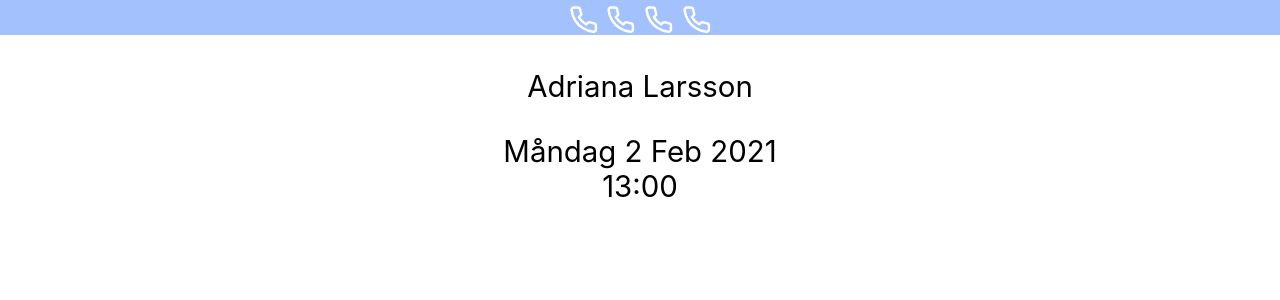
Repository: AdrianaLarsson/learning-react-adriana
Page: /
The author's editor kept a copy of each file at every save. The page is drawn from the files as they stood at one save, then again after a run of saves.
The browser window is 1280 px wide. The pictures show the whole page.
The project was rebuilt for these pictures with package versions that can differ from the ones it lists, and the page was loaded fresh each time. Also part of the build but not shown: src/components/pixiLearn/pixi-learning.js, src/components/pixiLearn/reactTimline/timelinegant.js.

Above is the page before, as saved 2021-02-17 13:24:23.

### src/App.js
import './App.css';
import PixiLearning from './components/pixiLearn/pixi-learning'
import TimeLineGant from './components/pixiLearn/reactTimline/timelinegant'
import SjWaypoint from './components/pixiLearn/waypoint-mobile/sjwaypiont'

function App() {
  return (
    <div className="App">
      <header className="App-header">
       {/*  <TimeLineGant/> */}

           {/*   <PixiLearning/> */}
           <SjWaypoint/>
      </header>
    </div>
  );
}

export default App;

### src/App.css
.App {
  text-align: center;
}

.navbar {
  background-color: #a2c1fd;
  height: 30px;
  padding-top: 5px;
  display: flex;
  flex-direction: column;
  align-items: center;
  font-size: calc(15px + 2vmin);
  color: white;
}
.box{
  background-color: #ffffff;
  height: 30px;
  padding-top: 5px;
  display: flex;
  flex-direction: column;
  align-items: center;
  font-size: calc(15px + 2vmin);
  color: rgb(0, 0, 0);

}

/* .App {
  text-align: center;
}

.App-logo {
  height: 40vmin;
  pointer-events: none;
}

@media (prefers-reduced-motion: no-preference) {
  .App-logo {
    animation: App-logo-spin infinite 20s linear;
  }
}

.App-header {
  background-color: #282c34;
  min-height: 100vh;
  display: flex;
  flex-direction: column;
  align-items: center;
  justify-content: center;
  font-size: calc(10px + 2vmin);
  color: white;
}

.App-link {
  color: #61dafb;
}

@keyframes App-logo-spin {
  from {
    transform: rotate(0deg);
  }
  to {
    transform: rotate(360deg);
  }
}
 */

### src/components/pixiLearn/waypoint-mobile/sjwaypiont.js
import React from 'react'
import Navbaren from './navbaren'
import BoxNameDayTime from './box-name-day-time'

function sjwaypiont() {
    return (
        <div>
          <Navbaren/>
            <BoxNameDayTime/>
        </div>
    )
}

export default sjwaypiont

### src/components/pixiLearn/waypoint-mobile/navbaren.js
import React from 'react'
import { FiPhone } from "react-icons/fi";


function navbaren() {
    return (
      <div className="navbar">
          <div className="navbar-container container">
           <FiPhone /> <FiPhone /> <FiPhone /> <FiPhone />
          </div>

      </div>
    )
}

export default navbaren

### src/components/pixiLearn/waypoint-mobile/box-name-day-time.js
import React from 'react'
import Container from "react-bootstrap/Container";
import Row from "react-bootstrap/Row";
import Col from "react-bootstrap/Col"

function boxNameDayTime() {
    return (
<Container className="box">
  <Row>
    <Col><p>Adriana Larsson</p></Col>
    <Col>Måndag 2 Feb 2021</Col>
    <Col>13:00</Col>
  </Row>
</Container>

    )
}

export default boxNameDayTime;

Loaded but not shown: public/index.html (common file); src/index.js (common file); src/index.css (common file); src/reportWebVitals.js (common file)

After the next 2 saves:
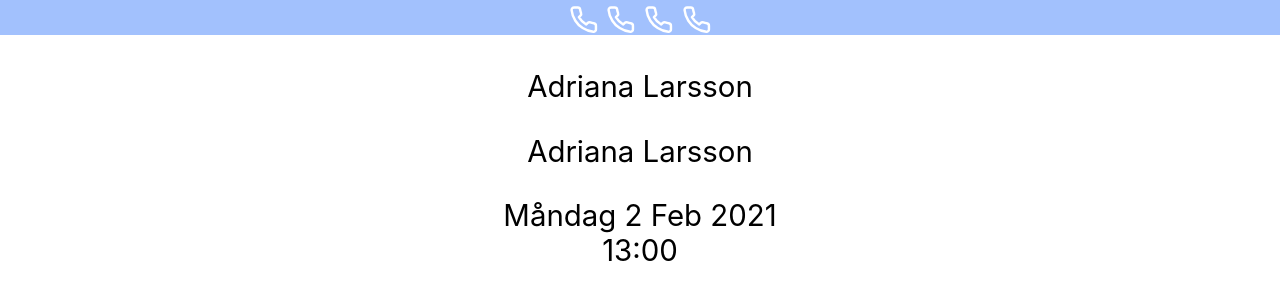
The 2 saves are shown as one change because they came seconds apart.
The last was saved 16 s later.
--- a/src/components/pixiLearn/waypoint-mobile/box-name-day-time.js
+++ b/src/components/pixiLearn/waypoint-mobile/box-name-day-time.js
@@ -8,6 +8,7 @@ function boxNameDayTime() {
 <Container className="box">
   <Row>
     <Col><p>Adriana Larsson</p></Col>
+    <Col><p>Adriana Larsson</p></Col>
     <Col>Måndag 2 Feb 2021</Col>
     <Col>13:00</Col>
   </Row>
